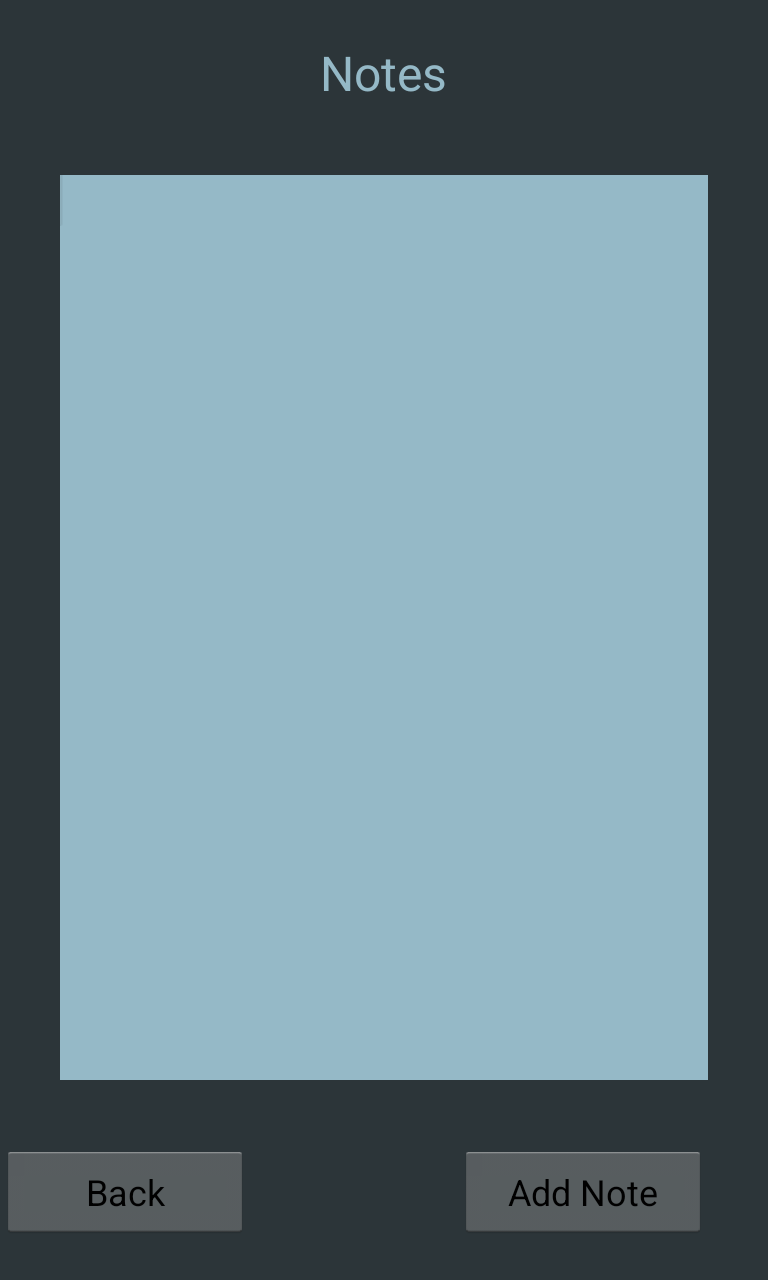
Repository: davidwiggy/MyWeek
Layout: MyWeek/res/layout/notespage.xml
These files come from the project's save history. The layout is drawn as it stood at one moment and after the next save; the edit follows.
It is drawn on a 768 x 1280 px phone screen (xhdpi) without system bars, with theme AppTheme; the app's code is not run. Lists and similar views that code fills are empty.

Above is the layout before, as saved 2013-11-18 05:37:55.

### MyWeek/res/layout/notespage.xml
<?xml version="1.0" encoding="utf-8"?>
<RelativeLayout xmlns:android="http://schemas.android.com/apk/res/android"
    android:layout_width="match_parent"
    android:layout_height="match_parent"
    android:background="@color/Gunmetal">

        <TextView
            android:id="@+id/titleNotes"
            android:layout_width="wrap_content"
            android:layout_height="wrap_content"
            android:layout_alignParentTop="true"
            android:layout_centerHorizontal="true"
            android:layout_marginTop="20dp"
            android:textColor="@color/BabyBlue"
            android:text="@string/lblNotesHeader"
            android:textSize="24sp" />

        <TextView
           android:id="@+id/txtlblCurrentPatientsNotes"
           android:layout_width="wrap_content"
           android:layout_height="wrap_content"
           android:layout_below="@+id/titleNotes"
           android:layout_marginTop="16dp"
           android:textColor="@color/BabyBlue" />

        <EditText
            android:id="@+id/etPatientNotes"
            android:layout_width="fill_parent"
            android:layout_height="fill_parent"
            android:layout_marginLeft="60dp"
            android:layout_marginBottom="100dp"
            android:textColor="@color/Gunmetal"
            android:gravity="top|left"
            android:layout_below="@+id/txtlblCurrentPatientsNotes"
            android:layout_centerHorizontal="true"
            android:background="@color/BabyBlue"
            android:ems="10"
            android:inputType="textMultiLine" >

            <requestFocus />
        </EditText>

        <Button
            android:id="@+id/btnBackNotesPage"
            android:layout_width="125dp"
            android:layout_height="wrap_content"
            android:layout_alignLeft="@+id/editText1"
            android:layout_alignParentBottom="true"
            android:layout_marginBottom="20dp"
            android:text="@string/btnlblBackNotesPage" />

        <Button
            android:id="@+id/btnAddNotesPage"
            android:layout_width="125dp"
            android:layout_height="wrap_content"
            android:layout_alignBaseline="@+id/btnBackNotesPage"
            android:layout_alignBottom="@+id/btnBackNotesPage"
            android:layout_alignRight="@+id/etPatientNotes"
            android:text="@string/btnlblAddNoteNotesPage" />

        <ListView
            android:id="@+id/listView1"
            android:layout_width="wrap_content"
            android:layout_height="wrap_content"
            android:layout_alignBottom="@+id/etPatientNotes"
            android:layout_alignLeft="@+id/titleNotes" >
        </ListView>

</RelativeLayout>

### MyWeek/res/values/strings.xml
<?xml version="1.0" encoding="utf-8"?>
<resources>

    <string name="app_name">My Week</string>
    <string name="action_settings">Settings</string>
    <string name="lblFridayText">Friday</string>
    <string name="lblThursdayText">Thursday</string>
    <string name="lblWednesdayText">Wednesday</string>
    <string name="lblTuesdayText">Tuesday</string>
    <string name="lblMondayText">Monday</string>
    <string name="my_weekTitle">My Week</string>

    <color name="Gunmetal">#2C3539</color>
    <color name="BabyBlue">#95B9C7</color>
    <color name="orange">#ff5500</color>
    <color name="white">#ffffff</color>
  	<color name="transparent">#00000000</color>
 	<color name="date_color">#999999</color>
	<color name="black">#000000</color>
	<color name="gray">#999999</color>
	<color name="blue">#0066cc</color>
	<color name="gold">#e6b121</color>
	<color name="blueback">#99FFFF</color>
	<color name="articlecolor">#3399FF</color>
	<color name="article_title">#3399FF</color>
	<color name="cachecolor">#8ad0e8</color>
	<color name="silver">#C0C0C0</color>

	<color name="yellow1">#F9E60E</color>
	<color name="yellow2">#F9F89D</color>
    <color name="orange4">#F7BE45</color>
    <color name="orange5">#F7D896</color>
    <color name="blue2">#19FCDA</color>
    <color name="blue25">#D9F7F2</color>
    <color name="grey05">#ACA899</color>
    <color name="white1">#FFFFFF</color>
    <color name="white2">#DDDDDD</color>
    <string-array name="days_array">
        <item>Select A Day</item><item>Clear Schedule</item>
        <item >Monday</item>
        <item >Tuesday</item>
        <item >Wednesday</item>
        <item >Thursday</item>
        <item >Friday</item>

    </string-array>
        <string name="lblselect_day">Select Day</string>
        <string name="lblButtonBack">Back</string>
        <string name="lblButtongo_to_day">Go To Day</string>
        <string name="btn_lbl_my_week_main">My Week</string>
        <string name="lbl_welcome_to_my_week_main">Welcome To My Week</string>
        <string name="txt_lbl_Totals_Main">Totals</string>
        <string name="btn_txt_lbl_Totals_Main">Totals</string>
        <string name="btn_lbl_Finished_Main">Finished</string>
        <string name="btn_lbl_manage_clients_main">Manage Clients</string>
        <string name="btnBackManageClients">Back</string>
        <string name="btnlblBackManageClients">Back</string>
        <string name="btnlblAddManageClients">Add</string>
        <string name="btnlblScheduleManageClients">Schedule</string>
        <string name="btnlblDeleteManageClients">Delete All</string>
        <string name="edittextlblPatientNameManageClients">Enter Patient Name</string>
        <string name="lblManagePatients">Manage Patients</string>
        <string name="lblCurrentPatientsManageClients">Current Patients</string>
        <string name="btnlblAddMyDayPage">Add</string>
        <string name="btnlblRescheduleMyDayPage">Reschedule Patient</string>
        <string name="btnlblDeleteMyDayPage">Delete</string>
        <string name="btnlblBackMyDayPage">Back</string>
        <string name="btnClearScheduleMyWeekPage">Clear Schedule</string>
        <string name="lblspinnerSelectPatientMyDay">(Select a Patient to add to the day.)</string>
        <string name="btnlblChangeDay">Change Day</string>
        <string name="lblNotesHeader">Notes</string>
        <string name="btnlblAddNoteNotesPage">Add Note</string>
        <string name="btnlblBackNotesPage">Back</string>

</resources>

Loaded but not shown: MyWeek/res/values/styles.xml (common file); MyWeek/res/values-v11/styles.xml (common file); MyWeek/res/values-v14/styles.xml (common file)

After the next save:
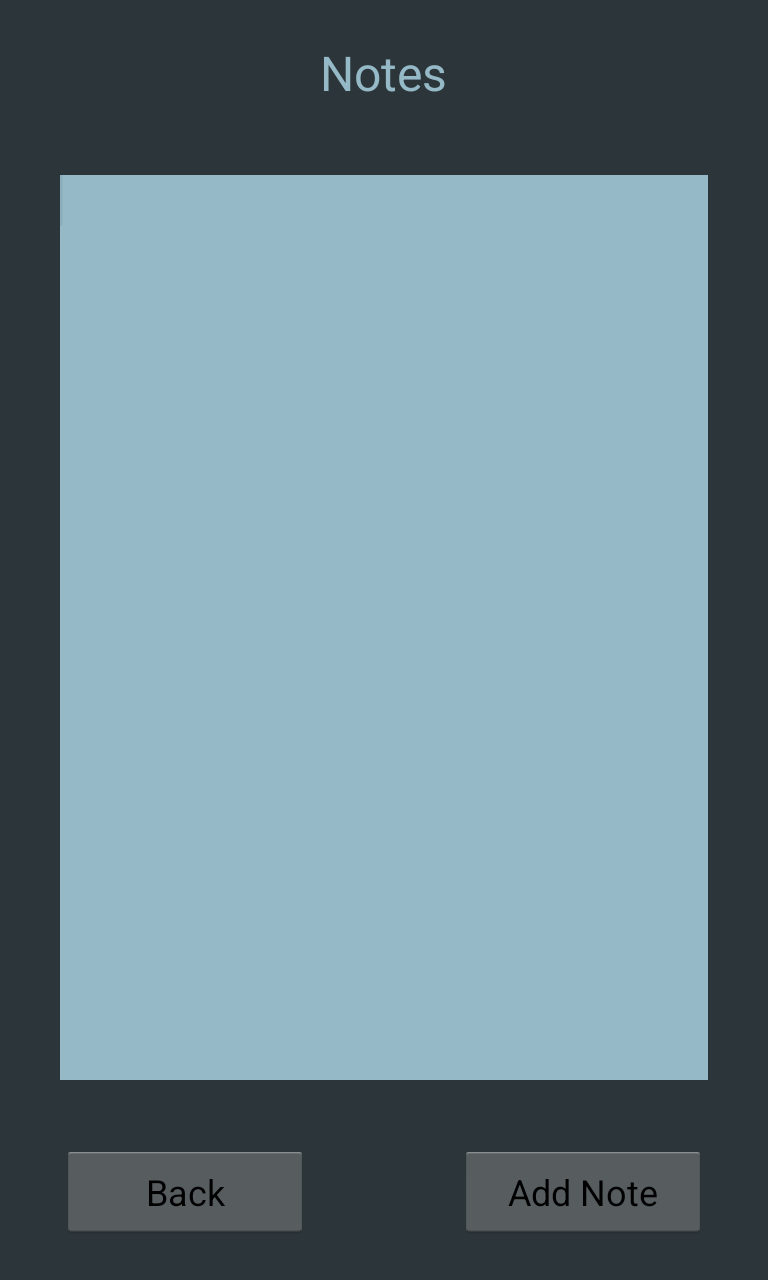
Saved 52 s later.
--- a/MyWeek/res/layout/notespage.xml
+++ b/MyWeek/res/layout/notespage.xml
@@ -44,7 +44,7 @@
             android:id="@+id/btnBackNotesPage"
             android:layout_width="125dp"
             android:layout_height="wrap_content"
-            android:layout_alignLeft="@+id/editText1"
+            android:layout_alignLeft="@+id/etPatientNotes"
             android:layout_alignParentBottom="true"
             android:layout_marginBottom="20dp"
             android:text="@string/btnlblBackNotesPage" />
@@ -62,6 +62,7 @@
             android:id="@+id/listView1"
             android:layout_width="wrap_content"
             android:layout_height="wrap_content"
+            android:layout_alignTop="@+id/txtlblCurrentPatientsNotes"
             android:layout_alignBottom="@+id/etPatientNotes"
             android:layout_alignLeft="@+id/titleNotes" >
         </ListView>
